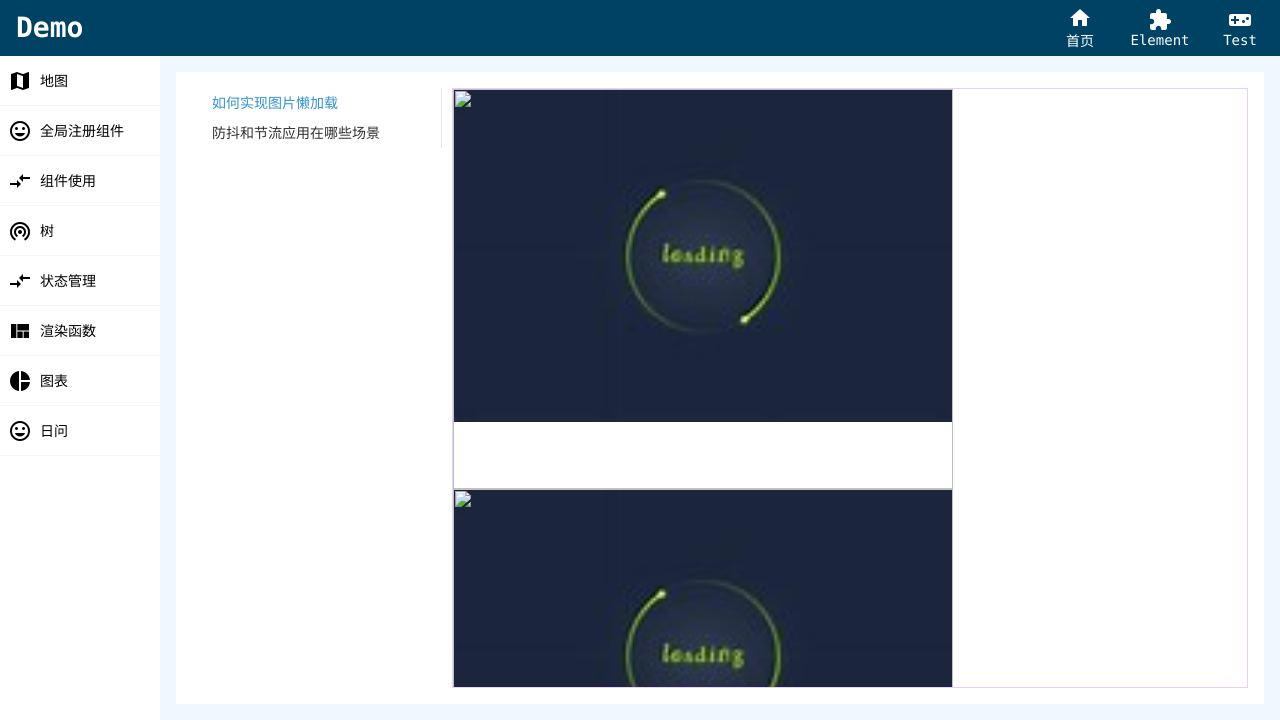
Repository: zh-webliker/element-vue
Page: /lazyLoadingInmg
The author's editor kept a copy of each file at every save. The page is drawn from the files as they stood at one save, then again after the next save.
The browser window is 1280 px wide. The pictures show the whole page.
An inner scrolling area shows only its first screen. The project was rebuilt for these pictures with package versions that can differ from the ones it lists, and the page was loaded fresh each time. Also part of the build but not shown: vue.config.js, src/components/baseComponts/Basebutton.vue, src/components/baseComponts/Basetitle.vue. Imported but missing from the stored project, and not drawn on this page: src/json/contour, src/json/hl.

Above is the page before, as saved 2020-10-10 10:41:21.

After the next save:
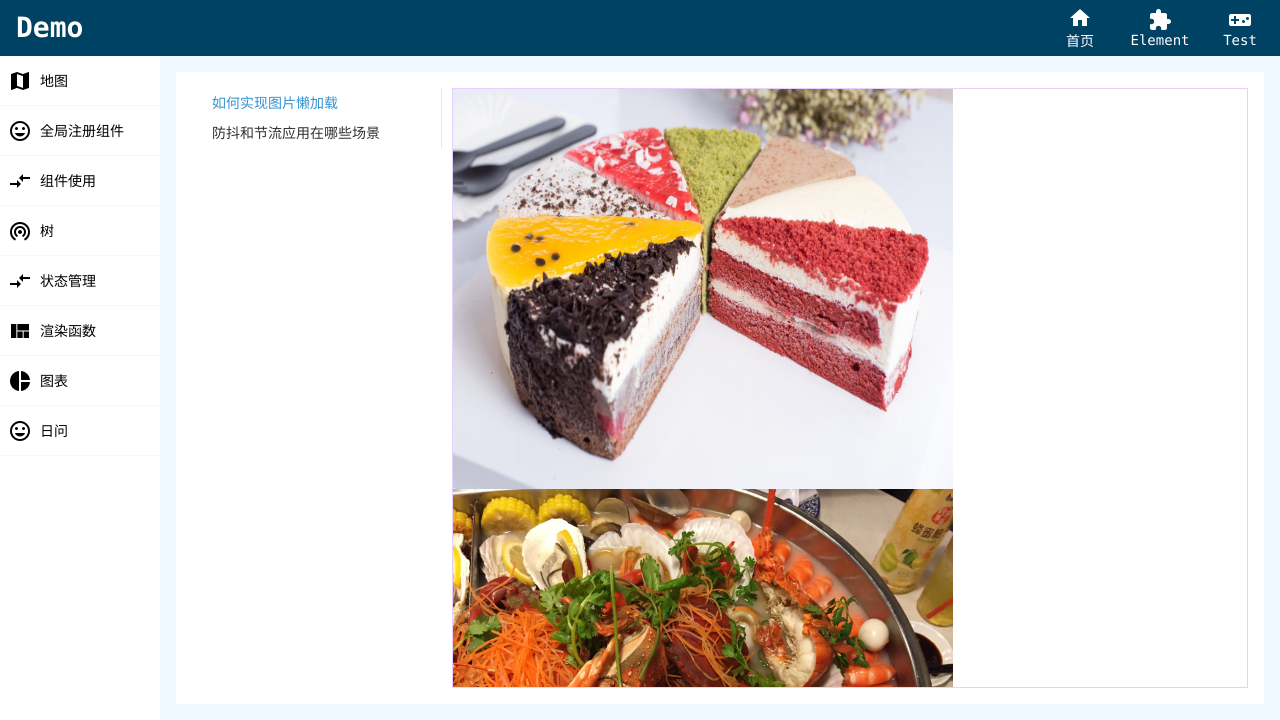
Saved 39 s later.
--- a/src/components/dailyQuestion/lazyLoadingInmg.vue
+++ b/src/components/dailyQuestion/lazyLoadingInmg.vue
@@ -35,7 +35,8 @@ export default {
         // IntersectionObserver第一个参数是一个回调函数，回调函数的第一个参数是一个数组，当有几个观察对象可见性发生变化的时候，数组长度则为几
         entries.forEach((entry) => {
           if (entry.intersectionRatio > 0) {
-            const target = entry.target // target 指向元素 intersectionRatio 与
+            const target = entry.target // target 指向元素 intersectionRatio 目标元素的可见比例
+            target.src = target.dataset.src
           }
         })
       })
